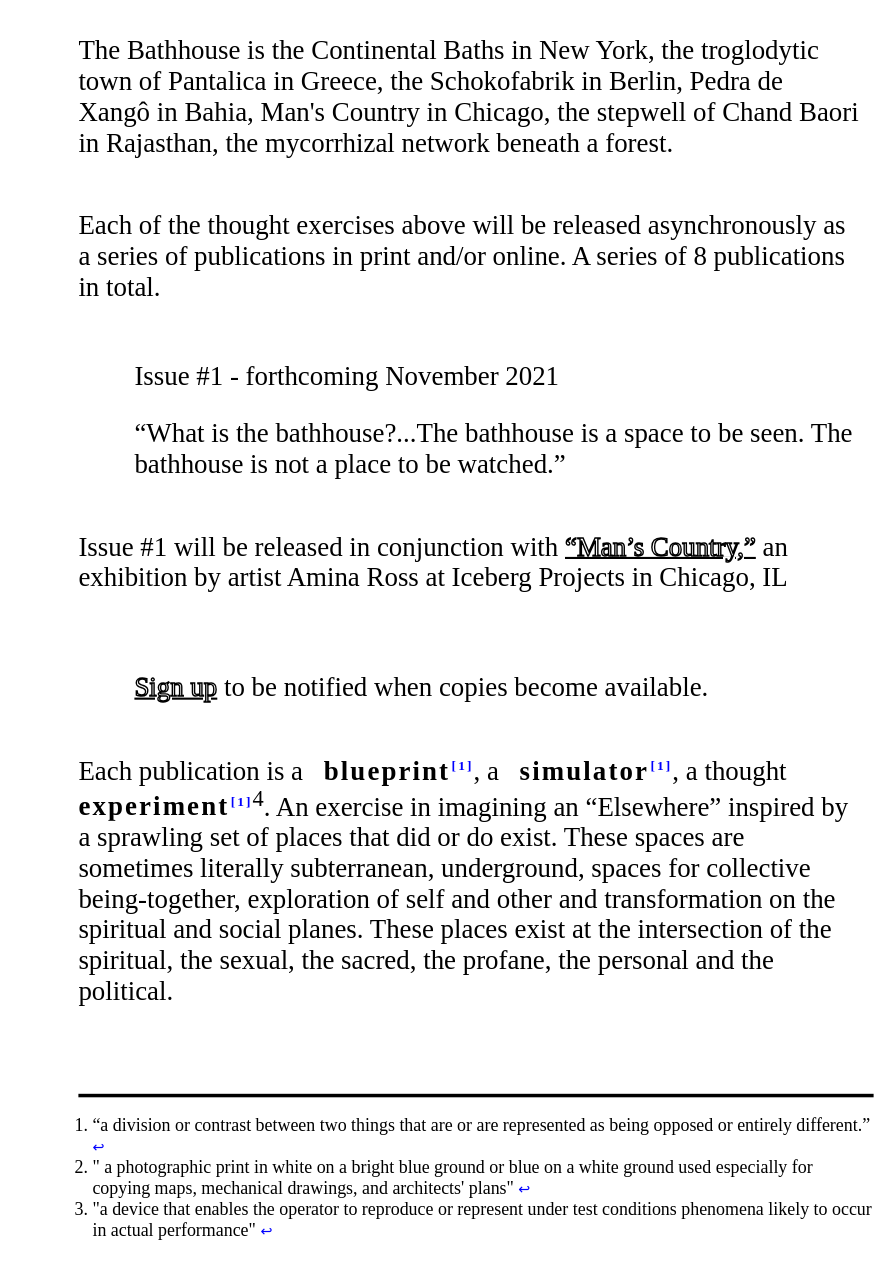
Repository: ayoungblood2/bathhouse.online
Page: index.html
These files come from the project's save history. The page is drawn as it stood at one moment and after the next save; the edit follows.
The browser window is 1280 px wide. The pictures show the part of the page from y = 2602 to 4522 px (the page is 4432 px tall before and 4522 px after), at 70% of full size.
An inner scrolling area shows only its first screen. Backgrounds fixed to the window are drawn as part of the page. Some web fonts or font styles are not loaded; a fallback is used.

Above is the page before, as saved 2021-10-16 17:36:26.
Not found: js/layout_main.js
Not found: js/three_main.js
Not found: style.css

### index.html
<!DOCTYPE html>
<html>

<head>
    <meta charset="UTF-8">
    <meta name="viewport" content="width=device-width, initial-scale=1.0, maximum-scale=1.0, user-scalable=no" />
    <title>bathhouse.online</title>
    <link rel="apple-touch-icon" sizes="180x180" href="/apple-touch-icon.png">
    <link rel="icon" type="image/png" sizes="32x32" href="/favicon-32x32.png">
    <link rel="icon" type="image/png" sizes="16x16" href="/favicon-16x16.png">
    <link rel="manifest" href="/site.webmanifest">
    <link rel="stylesheet" href="style.css">
    <script src="http://code.jquery.com/jquery-1.12.0.min.js"></script>
    <link rel='dns-prefetch' href='//ajax.googleapis.com' />
    <meta name="keywords" content="Amina Ross, Avery Youngblood">
    <meta name="author" content="Avery Youngblood">
    <script type="text/javascript" src="./js/layout_main.js"></script>
    <script type="text/javascript" src="./js/three_main.js"></script>

    <style>
        @font-face {
            font-family: Avenir Next Heavy;
            src: url(fonts/AvenirNext.ttc);
        }

        body,
        html {
            height: 100%;
            width: 100%;
            margin: 0;
            overflow-x: hidden;
        }

        *,
        *:before,
        *:after {
            box-sizing: inherit;
        }

        .bg {

            /* background-image: url('images/20211010224425098.gif'); */


            /* Full height */
            height: 100%;

            /* Center and scale the image nicely */
            background-position: center;
            background-repeat: no-repeat;
            background-size: cover;
            position: relative;
            top: 0;
            left: 0;

            /* padding: 100px; */

            font-family: "Avenir Next Heavy";

        }




        .txt {
            position: absolute;
            top: 60px;
            left: 80px;
            font-family: "Avenir Next Heavy";
        }

        h1 {
            font-size: 10vw;
            text-align: center;
        }

        p {
            font-size: 3vw;
        }

        .parallax {
            /* The image used */
            background-image: url('images/20211010224425098.gif');

            /* Full height */
            height: 100%;

            /* Create the parallax scrolling effect */
            background-attachment: fixed;
            background-position: center;
            background-repeat: no-repeat;
            background-size: cover;
        }

        .container {
            padding: 10px;
            width: 2em;
        }

        .item {
            width: 50%;
            width: fit-content;
            padding: 5px;
            margin-bottom: 1em;
        }


        @media only screen and (max-width:900px) {
            h1 {
                font-size: 8vw;
            }

            .bg {
                padding: 0px;
            }

            p {
                font-size: 2vw;
            }
        }

        .top {
            padding: 1em;
            /* display: grid; */
            /* grid-gap: 3em; */
            grid-template-columns: repeat(1, 250px);
        }

        .quote {
            padding: 1em;
            /* border-radius: .3em; */
            /* box-shadow: 10px 10px 30px rgba(0, 0, 0, 0.1); */
        }

        p {
            margin-top: 0;
            margin-right: 20px;
            font-size: 3vw;
        }

        span {
            font-weight: bold;
            position: relative;
            margin-left: 20px;
        }

        :before {
            content: '';
            position: fixed;
            height: 1px;
            width: 20px;
            /* border-bottom: 1px solid black; */
            top: 20px;
        }




        @media(min-width:950px) {
            .top {
                grid-template-columns: repeat(2, 250fr);
            }
        }

        .tab {
            margin-left: 80px;
        }

        footer {
            margin-top: 50px;
            border-top: 5px solid black;
            font-size: 2vw;
        }

        footer ol {
            padding-left: 20px;
        }

        /**
 * Initialiazing a `footnotes` counter on the wrapper
 */
        article {
            counter-reset: footnotes;
        }

        /**
 * Inline footnotes references
 * 1. Increment the counter at each new reference
 * 2. Reset link styles to make it appear like regular text
 */
        [aria-describedby="footnote-label"] {
            counter-increment: footnotes;
            /* 1 */
            text-decoration: none;
            /* 2 */
            color: inherit;
            /* 2 */
            cursor: default;
            /* 2 */
            outline: none;
            /* 2 */
        }

        /**
 * Actual numbered references
 * 1. Display the current state of the counter (e.g. `[1]`)
 * 2. Align text as superscript
 * 3. Make the number smaller (since it's superscript)
 * 4. Slightly offset the number from the text
 * 5. Reset link styles on the number to show it's usable
 */
        [aria-describedby="footnote-label"]::after {
            content: '['counter(footnotes) ']';
            /* 1 */
            vertical-align: super;
            /* 2 */
            font-size: 0.5em;
            /* 3 */
            margin-left: 2px;
            /* 4 */
            color: blue;
            /* 5 */
            /* text-decoration: underline; */
            /* 5 */
            cursor: pointer;
            /* 5 */
        }

        /**
 * Resetting the default focused styles on the number
 */
        [aria-describedby="footnote-label"]:focus::after {
            outline: thin dotted;
            outline-offset: 2px;
        }

        [aria-label="Back to content"] {
            font-size: 0.8em;
        }

        /**
 * Highlight target note
 */
        footer :target {
            background: yellow;
        }

        /**
 * Visually hidden yet accessible content
 */
        .visually-hidden {
            position: absolute;
            clip: rect(0 0 0 0);
            visibility: hidden;
            opacity: 0;
        }
    </style>

<body>


    <div class="parallax"></div>

    <div class="bg"></div>

    <div class="txt">

        <h1>bathhouse.online</h1>



        <div class="top">
            <div class="quote">

                <p style="font-size: 5vw;">

                    The bathhouse is safe. <br>The bathhouse is not secure.<br><br>
                    The bathhouse is a space to be seen. <br>The bathhouse is not a place to be watched.<br><br>
                    The bathhouse is sensual. <br>The bathhouse is not unspiritual.<br><br>
                    The bathhouse is a space for meaningful work. <br>The bathhouse is not a workplace.<br><br>
                    The bathhouse is a technology. <br>The bathhouse is not a machine.<br><br>
                    The bathhouse is immersive. <br>The bathhouse is not without a body.<br><br>
                    The bathhouse is sweating. <br>The bathhouse is not drained.<br><br>
                    The bathhouse is gone. <br>The bathhouse is not over.<br>
                </p>

                <br>

                <p>
                    “The Bathhouse” is a yet-to-exist space, generated through a set of (false)<span
                        style="letter-spacing: 3px;"><a href="#footnotes" aria-describedby="footnote-label"
                            id="footnotes-ref">dichotomies</a></span>,
                    core questions, reflections and exercises. The characteristics of The Bathhouse are drawn from the
                    "Queer/Bath/House Research Project" - A research project conceived of by <a
                        style="color: white; -webkit-text-stroke: 2px black;" href=aminaross.com>Amina
                        Ross</a>, carried forward with artist and summer research assistant <a
                        style="color: white; -webkit-text-stroke: 2px black;" href=https://nguyenbao.myportfolio.com>
                        Bao Nguyen</a>. "Queer/Bath/House Research Project" took place during the
                    height of the covid-19 pandemic in the summer of 2020.

                </p>
                <br> <br>
                <p>
                    The Bathhouse is the Continental Baths in New York, the troglodytic town of Pantalica in Greece, the
                    Schokofabrik in Berlin, Pedra de Xangô in Bahia, Man's Country in Chicago, the stepwell of Chand
                    Baori in Rajasthan, the mycorrhizal network beneath a forest.


                </p>
                <br> <br>
                <p>
                    Each of the thought exercises above will be released asynchronously as a series of publications in
                    print and/or online. A series of 8 publications in total.<br><br>
                <p class="tab">Issue #1 - forthcoming November 2021</p>
                <p class="tab">“What is the bathhouse?...The bathhouse is a space to be seen. The bathhouse is not a
                    place to be
                    watched.”</p>
                </p>
                <br> <br>
                <p>
                    Issue #1 will be released in conjunction with <a
                        style="color: white; -webkit-text-stroke: 2px black;" href=https://icebergchicago.com>“Man’s
                        Country,”</a> an exhibition by artist Amina Ross at Iceberg Projects in Chicago, IL
                </p>
                <br> <br>
                <p>

                <p class="tab"><a style="color: white; -webkit-text-stroke: 2px black;"
                        href=https://forms.gle/NMAofWzGxNe4W74i9>Sign up</a> to be notified when copies become
                    available.</p>

                </p>
                <br> <br>
                <p>
                    Each publication is a <span style="letter-spacing: 3px;"><a href="#css"
                            aria-describedby="footnote-label" id="css-ref">blueprint</a></span>, a <span
                        style="letter-spacing: 3px;"><a href="#css-counters" aria-describedby="footnote-label"
                            id="css-counters-ref">simulator</a></span>, a thought <span style="letter-spacing: 3px;"><a
                            href="#css-counters" aria-describedby="footnote-label"
                            id="css-counters-ref">experiment</a></span><sup>4</sup>. An exercise in imagining an
                    “Elsewhere” inspired by a sprawling set of places that did or do exist. These spaces are sometimes
                    literally subterranean, underground, spaces for collective being-together, exploration of self and
                    other and transformation on the spiritual and social planes. These places exist at the intersection
                    of the spiritual, the sexual, the sacred, the profane, the personal and the political.

                </p>
                <br> <br>


                <footer>

                    <ol>
                        <li id="footnotes"><a style="text-decoration: none; color: black;"
                                href=https://www.lexico.com/en/definition/dichotomy>“a division or contrast between two
                                things that
                                are or are represented as
                                being opposed or entirely different.”</a>

                            <a href="#footnotes-ref" aria-label="Back to content"
                                style="color: blue; text-decoration: none;">↩</a>

                        </li>

                        <li id="css"><a style="text-decoration: none; color: black;"
                                href=https://www.merriam-webster.com/dictionary/blueprint#:~:text=Blueprint%20%7C%20Definition%20of%20Blueprint%20by%20Merriam%2DWebster>"
                                a photographic print in white on a bright blue ground or blue on a white ground
                                used especially for copying maps, mechanical drawings, and architects' plans"</a>

                            <a href="#css-ref" aria-label="Back to content"
                                style="color: blue; text-decoration: none;">↩</a>

                        </li>

                        <li id="css-counters"><a style="text-decoration: none; color: black;"
                                href=https://www.merriam-webster.com/dictionary/simulator>"a device that enables the
                                operator to reproduce or represent under test
                                conditions phenomena likely to occur in actual performance"</a>

                            <a href="#css-counters-ref" aria-label="Back to content"
                                style="color: blue; text-decoration: none;">↩</a>

                        </li>
                    </ol>
                </footer>


            </div>


        </div>

    </div>


</body>

<script>
    $(function () {
        var previousScroll = 0;
        $(window).scroll(function (event) {
            var scroll = $(this).scrollTop();
            var heading = $('.parallax');

            if (scroll > 600) {
                console.log('scrolling down');
                heading.fadeIn("slow", function () {
                    heading.css('opacity', '0.4');
                });
            } else {
                heading.fadeIn("slow", function () {
                    heading.css('opacity', '1');
                });
            }
            previousScroll = scroll;
        });
    })
</script>
</head>

</html>

After the next save:
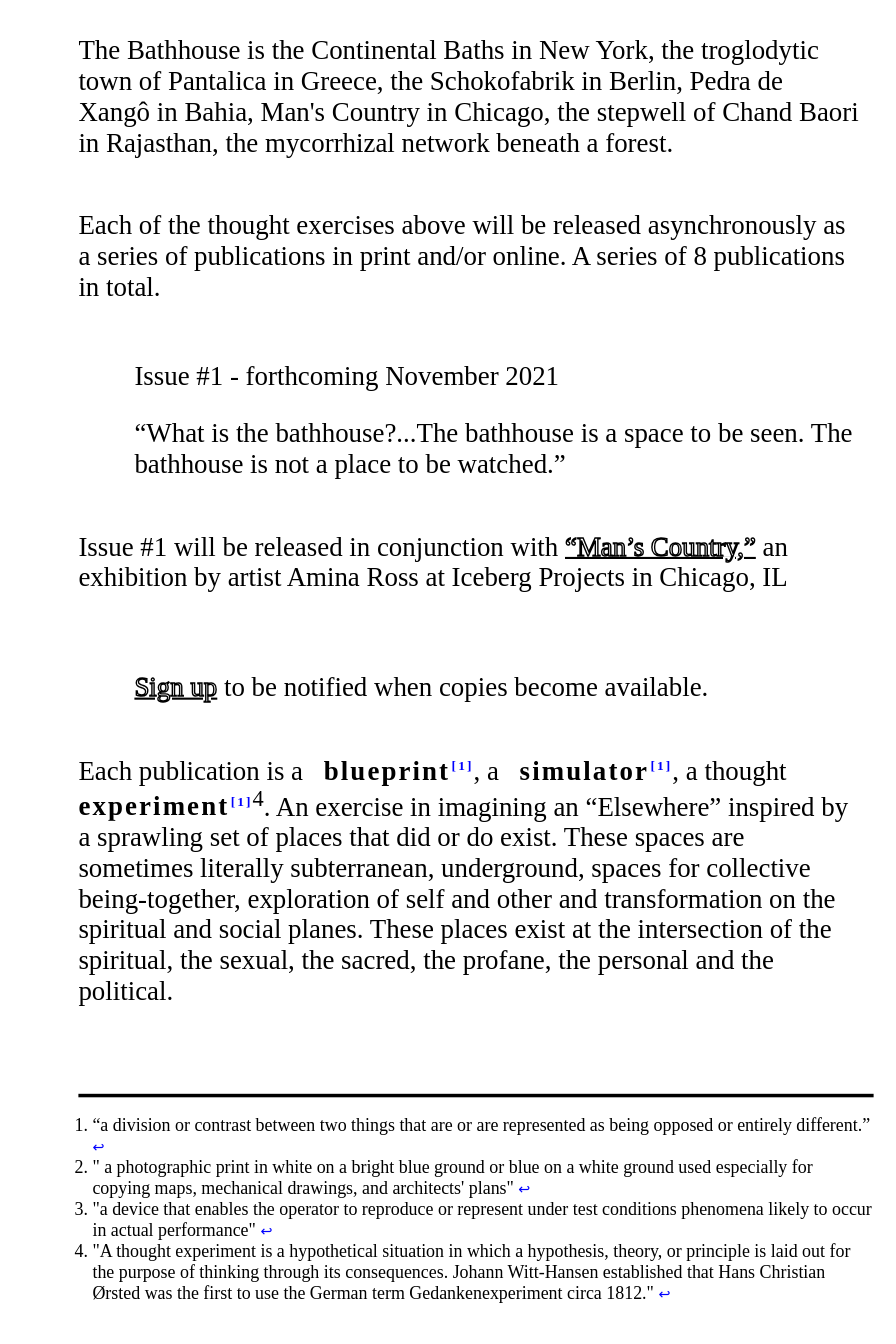
Saved 54 s later.
--- a/index.html
+++ b/index.html
@@ -380,6 +380,19 @@
                                 style="color: blue; text-decoration: none;">↩</a>
 
                         </li>
+
+                        <li id="css-counters"><a style="text-decoration: none; color: black;"
+                                href=https://en.wikipedia.org/wiki/Thought_experiment>"A thought experiment is a
+                                hypothetical situation in which a hypothesis, theory, or principle is laid out for the
+                                purpose of thinking through its consequences. Johann Witt-Hansen established that Hans
+                                Christian Ørsted was the first to use the German term Gedankenexperiment circa
+                                1812."</a>
+
+                            <a href="#css-counters-ref" aria-label="Back to content"
+                                style="color: blue; text-decoration: none;">↩</a>
+
+                        </li>
+
                     </ol>
                 </footer>
 
